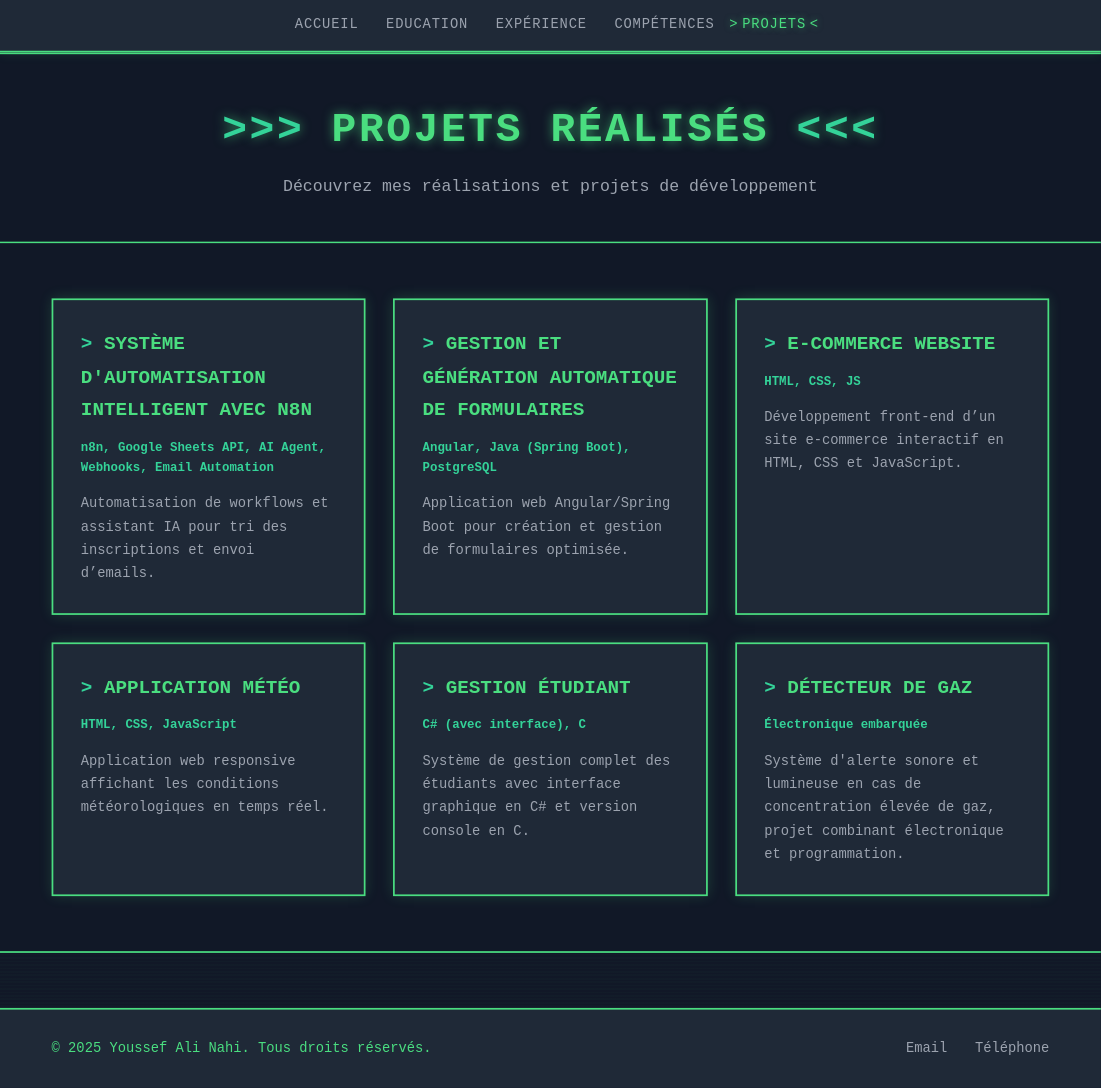
Repository: Youssef-Nahi504/My_Portfolio
Page: projets.html
An editor plug-in stored every save of this project. The page is shown before and after a run of saves, followed by the edit.
The browser window is 1280 px wide. The pictures show the whole page, at 86% of full size.

Above is the page before, as saved 2025-12-21 16:59:55.
Console error: TypeError: Cannot set properties of null (setting 'textContent')

After the next 2 saves:
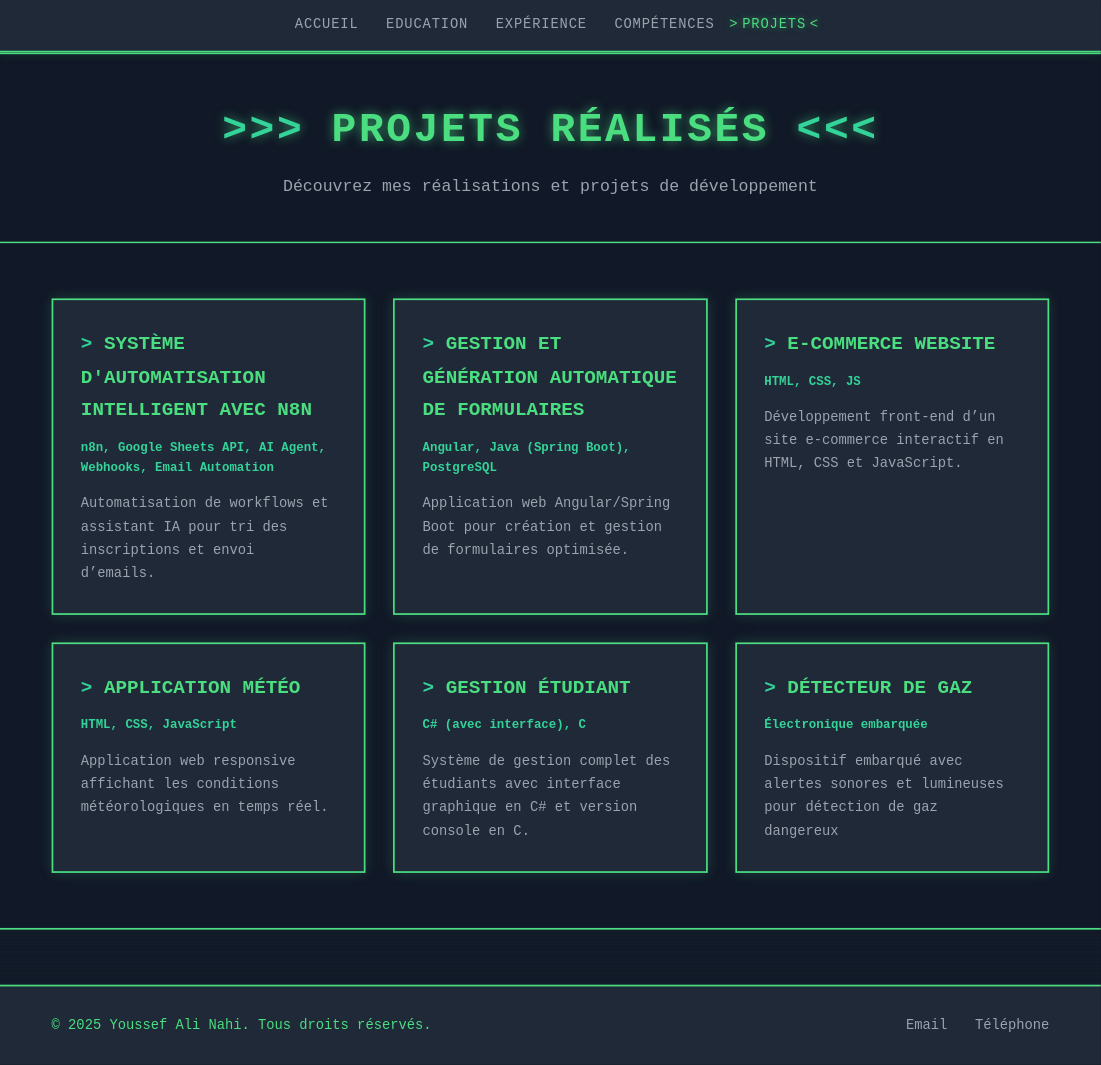
The 2 saves are shown as one change because they came seconds apart.
The last was saved 22 s later.
--- a/projets.html
+++ b/projets.html
@@ -41,7 +41,8 @@
                         <h3>Système d'Automatisation Intelligent avec n8n</h3>
                         <p class="project-tech">n8n, Google Sheets API, AI Agent, Webhooks, Email Automation</p>
                         <p class="project-description">
-Automatisation de workflows et assistant IA pour tri des inscriptions et envoi d’emails.                    </div>
+                            Automatisation de workflows et assistant IA pour tri des inscriptions et envoi d’emails.
+                    </div>
 
                     <div class="project-card">
                         <h3>Gestion et Génération Automatique de Formulaires</h3>
@@ -71,7 +72,8 @@ Automatisation de workflows et assistant IA pour tri des inscriptions et envoi d
                         <h3>Gestion Étudiant</h3>
                         <p class="project-tech">C# (avec interface), C</p>
                         <p class="project-description">
-                            Système de gestion complet des étudiants avec interface graphique en C# et version console en C.
+                            Système de gestion complet des étudiants avec interface graphique en C# et version console
+                            en C.
                         </p>
                     </div>
 
@@ -79,8 +81,7 @@ Automatisation de workflows et assistant IA pour tri des inscriptions et envoi d
                         <h3>Détecteur de Gaz</h3>
                         <p class="project-tech">Électronique embarquée</p>
                         <p class="project-description">
-                            Système d'alerte sonore et lumineuse en cas de concentration élevée de gaz, projet combinant
-                            électronique et programmation.
+                            Dispositif embarqué avec alertes sonores et lumineuses pour détection de gaz dangereux
                         </p>
                     </div>
                 </div>
